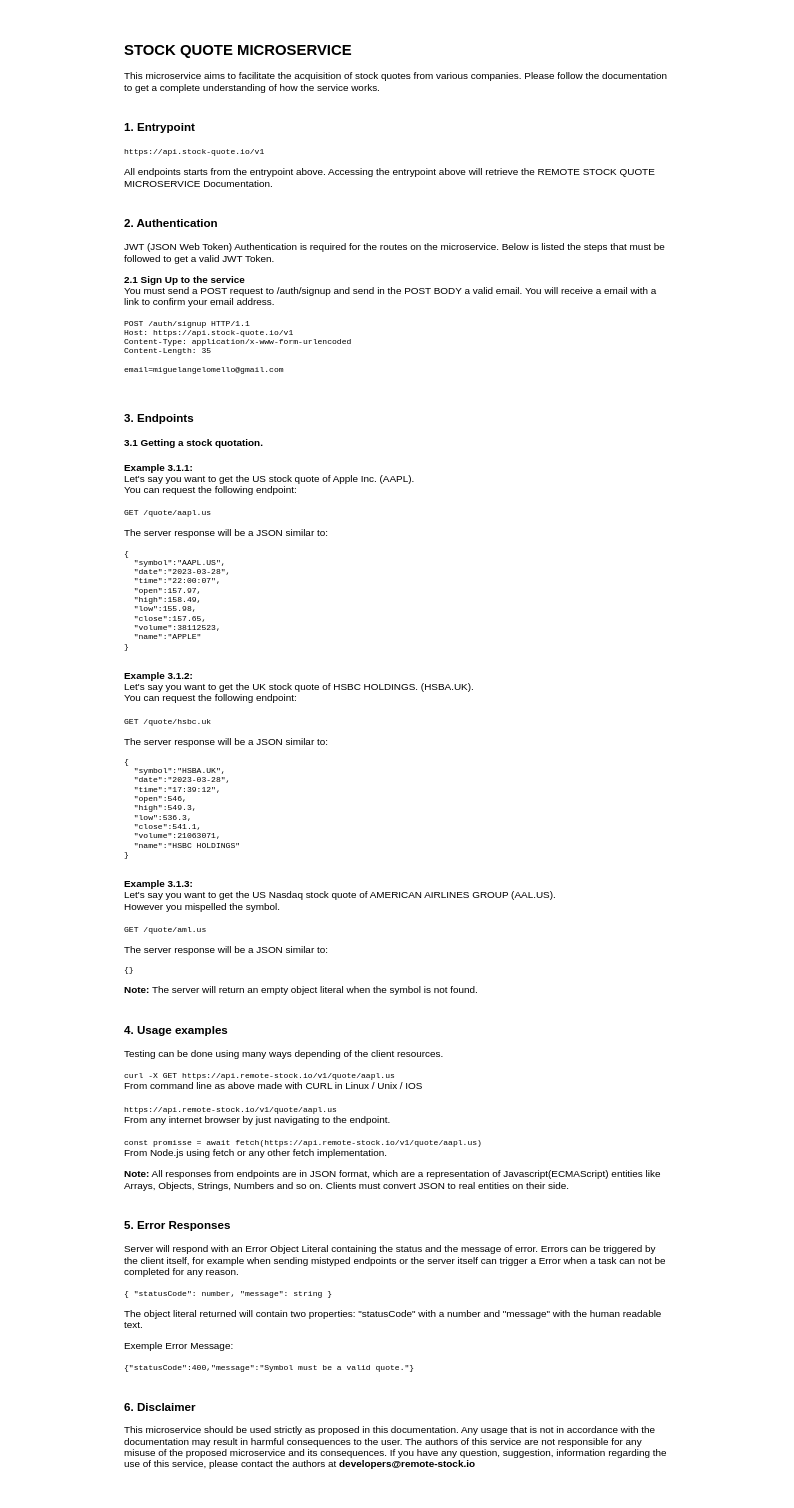
Repository: miguelamello/nest-js
Page: stock-service/documentation.html
These files come from the project's save history. The page is drawn as it stood at one moment and after the next save; the edit follows.
The browser window is 1280 px wide. The pictures show the whole page, at 62% of full size.

Above is the page before, as saved 2023-04-01 15:56:12.

### stock-service/documentation.html
<!DOCTYPE html>
<html lang="en">
<head>
  <meta charset="UTF-8">
  <meta http-equiv="X-UA-Compatible" content="IE=edge">
  <meta name="viewport" content="width=device-width, initial-scale=1.0">
  <title>STOCK QUOTE MICROSERVICE</title>
  <style>
    body {
      font-family: Arial, Helvetica, sans-serif;
      padding: 3% 15%;
    }
    h3 {
      margin-top: 5%;
    }
    pre {
      margin: 0;
    }
  </style>
</head>
<body>
  <h2>STOCK QUOTE MICROSERVICE</h2>
  <p>
    This microservice aims to facilitate the acquisition of stock quotes from various companies.
    Please follow the documentation to get a complete understanding of how the service works.
  </p>

  <h3>1. Entrypoint</h3>
  <code>https://api.stock-quote.io/v1</code>
  <p>
    All endpoints starts from the entrypoint above. Accessing the entrypoint
    above will retrieve the REMOTE STOCK QUOTE MICROSERVICE Documentation.
  </p>

  <h3>2. Authentication</h3>
  <p>JWT (JSON Web Token) Authentication is required for the routes on the microservice.
    Below is listed the steps that must be followed to get a valid JWT Token.</p>

  <p>
    <div><b>2.1 Sign Up to the service</b></div>



    <div>You must send a POST request to /auth/signup and send in the POST BODY a valid email.
      You will receive a email with a link to confirm your email address.
    </div><br>
    <pre>
POST /auth/signup HTTP/1.1
Host: https://api.stock-quote.io/v1
Content-Type: application/x-www-form-urlencoded
Content-Length: 35

email=miguelangelomello@gmail.com
    </pre>
  </p>

  <h3>3. Endpoints</h3>

  <h4>3.1 Getting a stock quotation.</h4>

  <p>
    <div><b>Example 3.1.1:</b></div>
    <div>Let's say you want to get the US stock quote of Apple Inc. (AAPL).</div>
    <div>You can request the following endpoint:</div><br>
    <code>GET /quote/aapl.us</code>

    <p>The server response will be a JSON similar to:</p>

    <pre>
{
  "symbol":"AAPL.US",
  "date":"2023-03-28",
  "time":"22:00:07",
  "open":157.97,
  "high":158.49,
  "low":155.98,
  "close":157.65,
  "volume":38112523,
  "name":"APPLE"
}
    </pre>
  </p>
  <p>
    <div><b>Example 3.1.2:</b></div>
    <div>Let's say you want to get the UK stock quote of HSBC HOLDINGS. (HSBA.UK).</div>
    <div>You can request the following endpoint:</div><br>
    <code>GET /quote/hsbc.uk</code>

    <p>The server response will be a JSON similar to:</p>

    <pre>
{
  "symbol":"HSBA.UK",
  "date":"2023-03-28",
  "time":"17:39:12",
  "open":546,
  "high":549.3,
  "low":536.3,
  "close":541.1,
  "volume":21063071,
  "name":"HSBC HOLDINGS"
}
    </pre>
  </p>

  <p>
    <div><b>Example 3.1.3:</b></div>
    <div>Let's say you want to get the US Nasdaq stock quote of AMERICAN AIRLINES GROUP (AAL.US).</div>
    <div>However you mispelled the symbol.</div><br>
    <code>GET /quote/aml.us</code>

    <p>The server response will be a JSON similar to:</p>

    <pre>{}</pre>

    <p>
      <b>Note:</b> The server will return an empty object literal when the symbol is not found.
    </p>
  </p>

  <h3>4. Usage examples</h3>

  <p>Testing can be done using many ways depending of the client resources.</p>

  <code>curl -X GET https://api.remote-stock.io/v1/quote/aapl.us</code>
  <div>From command line as above made with CURL in Linux / Unix / IOS</div>
  <br>
  <code>https://api.remote-stock.io/v1/quote/aapl.us</code>
  <div>From any internet browser by just navigating to the endpoint.</div>
  <br>
  <code>const promisse = await fetch(https://api.remote-stock.io/v1/quote/aapl.us)</code>
  <div>From Node.js using fetch or any other fetch implementation.</div>

  <p>
    <b>Note:</b> All responses from endpoints are in JSON format, which are a
    representation of Javascript(ECMAScript) entities like Arrays, Objects,
    Strings, Numbers and so on. Clients must convert JSON to real entities
    on their side.
  </p>

  <h3>5. Error Responses</h3>

  <p>
    Server will respond with an Error Object Literal containing
    the status and the message of error. Errors can be triggered
    by the client itself, for example when sending mistyped endpoints
    or the server itself can trigger a Error when a
    task can not be completed for any reason.
  </p>

  <p>
    <code>{ "statusCode": number, "message": string }</code><br>
    <div>
      The object literal returned will contain two properties:
      "statusCode" with a number and "message" with the human readable text.
    </div>
  </p>

  <p>Exemple Error Message:</p>
  <p>
    <code>
      {"statusCode":400,"message":"Symbol must be a valid quote."}
    </code>
  </p>

  <h3>6. Disclaimer</h3>
  <p>
    This microservice should be used strictly as proposed in this documentation.
    Any usage that is not in accordance with the documentation may result in harmful
    consequences to the user. The authors of this service are not responsible for
    any misuse of the proposed microservice and its consequences. If you have any question,
    suggestion, information regarding the use of this service, please contact
    the authors at <b>developers@remote-stock.io</b>
  </p>

</body>
</html>

After the next save:
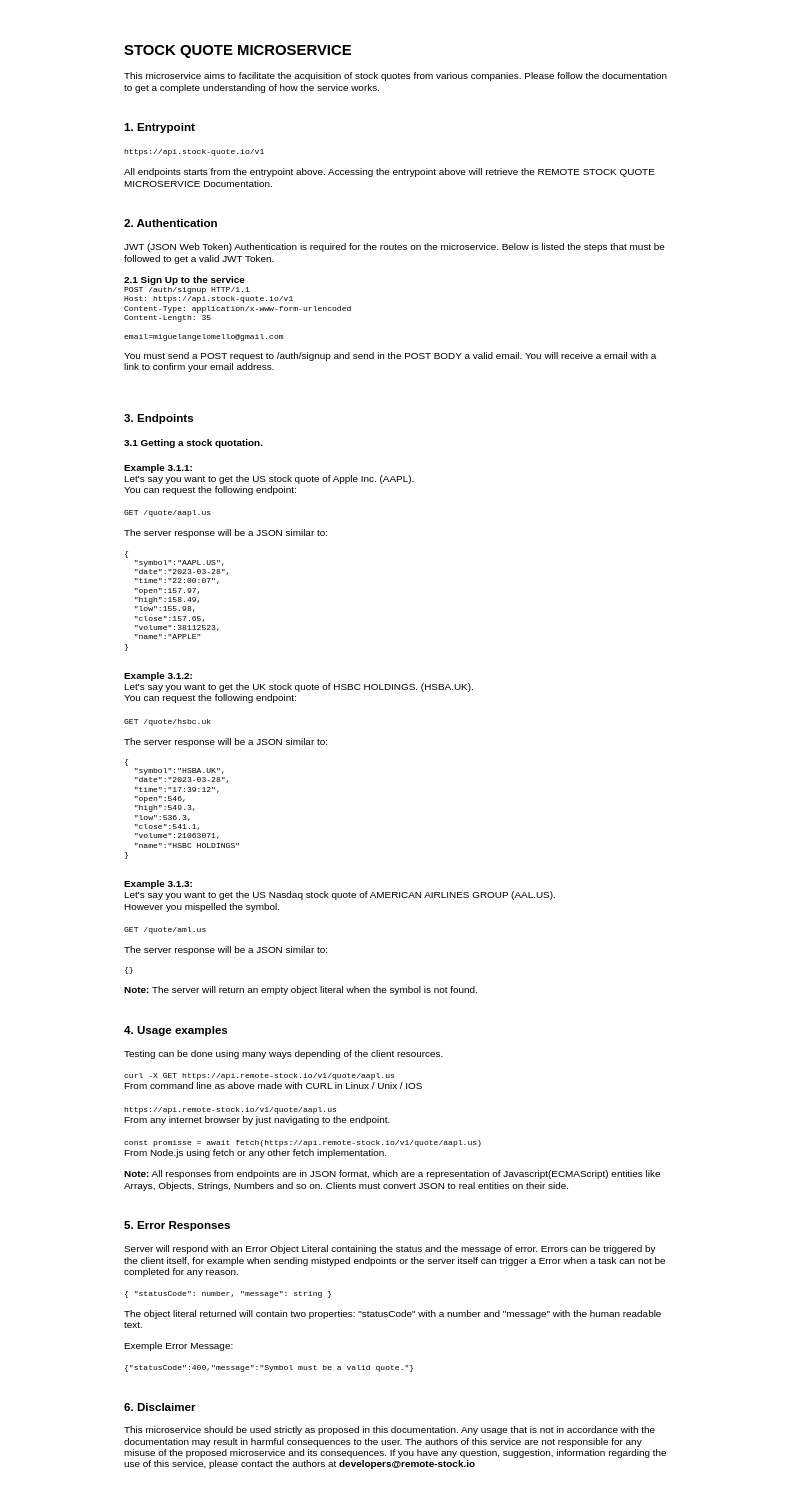
Saved 11 s later.
--- a/stock-service/documentation.html
+++ b/stock-service/documentation.html
@@ -39,11 +39,6 @@
   <p>
     <div><b>2.1 Sign Up to the service</b></div>
 
-
-
-    <div>You must send a POST request to /auth/signup and send in the POST BODY a valid email.
-      You will receive a email with a link to confirm your email address.
-    </div><br>
     <pre>
 POST /auth/signup HTTP/1.1
 Host: https://api.stock-quote.io/v1
@@ -52,6 +47,11 @@ Content-Length: 35
 
 email=miguelangelomello@gmail.com
     </pre>
+
+    <div>You must send a POST request to /auth/signup and send in the POST BODY a valid email.
+      You will receive a email with a link to confirm your email address.
+    </div><br>
+
   </p>
 
   <h3>3. Endpoints</h3>
